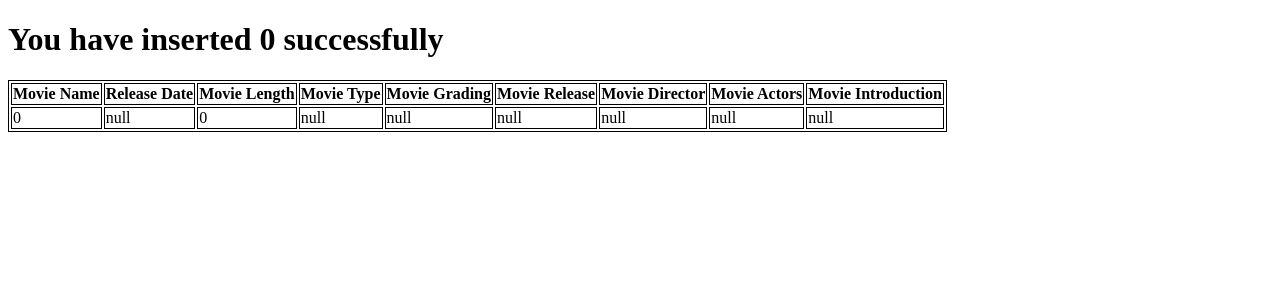
Repository: PEICHI26/Cinema
Page: http://localhost/Cinema/QueryResult.jsp
An editor plug-in stored every save of this project. The page is shown before and after the next save, followed by the edit.
The browser window is 1280 px wide. The pictures show the whole page.
The page is served by Tomcat 9. Nobody is signed in. The application's start-up code is not run.

Above is the page before, as saved 2021-12-18 03:52:21.

After the next save:
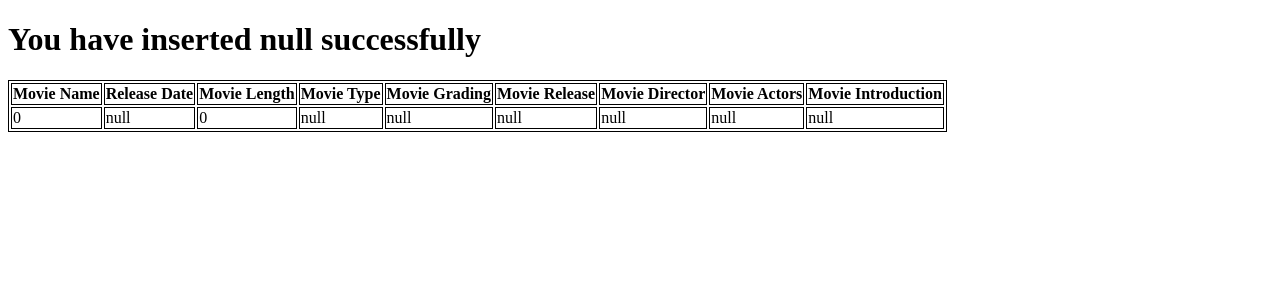
Saved 74 s later.
--- a/Cinema/src/main/webapp/QueryResult.jsp
+++ b/Cinema/src/main/webapp/QueryResult.jsp
@@ -16,7 +16,7 @@ table, th, td {
 	<jsp:useBean id="movie" class="tw.cinema.model.Movie" scope="session" />
 	<h1>
 		You have inserted
-		<jsp:getProperty name="movie" property="movie_No" />
+		<jsp:getProperty name="movie" property="movie_Name" />
 		successfully
 	</h1>
 	<table>
